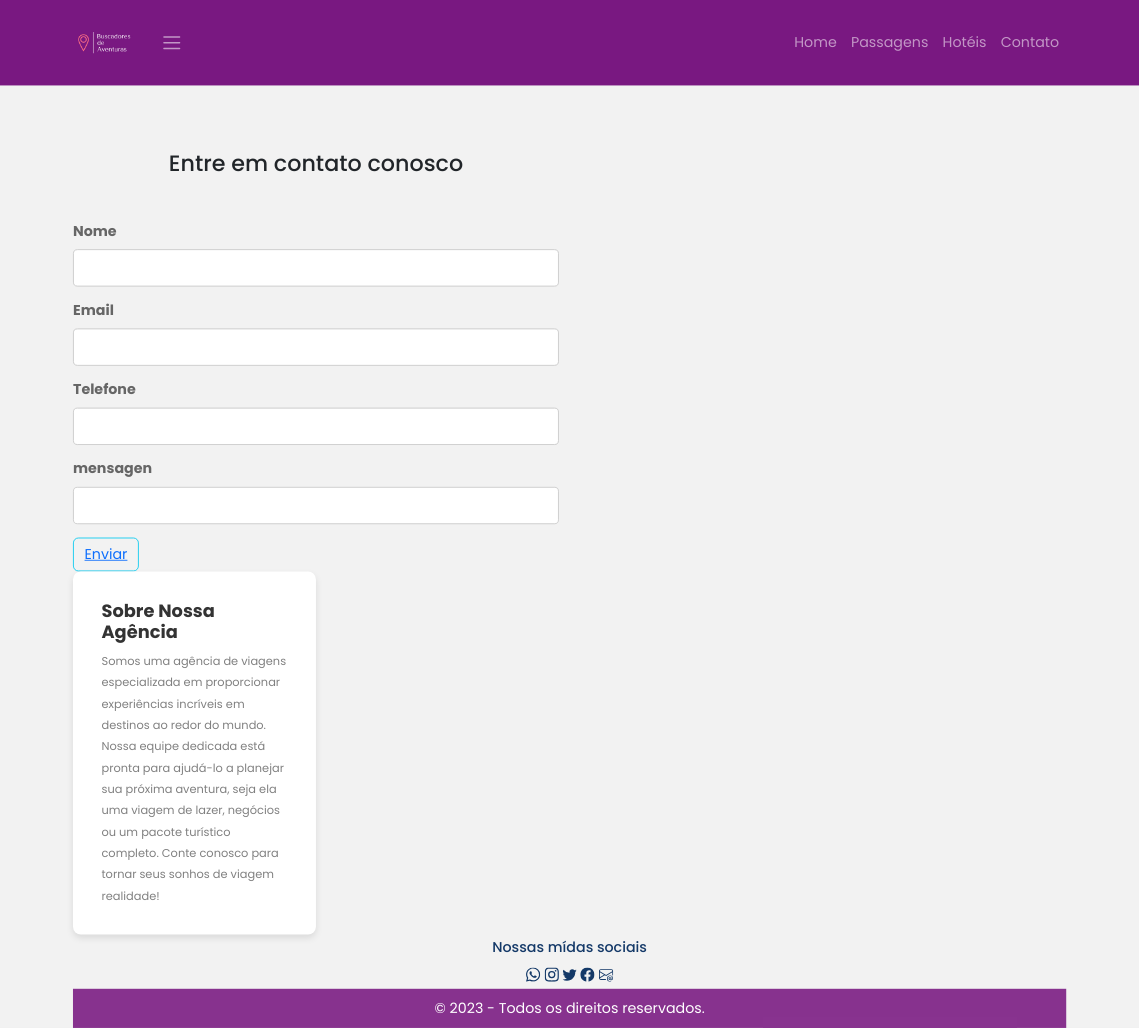
Repository: gabilorpi/AgenciaSpringMVC
Page: http://localhost/views/contato/index
An editor plug-in stored every save of this project. The page is shown before and after the next save, followed by the edit.
The browser window is 1280 px wide. The pictures show the whole page, at 89% of full size.
The page is this project's Thymeleaf template; nobody is signed in. The template is opened directly, without the code that normally fills it, so the values that code supplies are empty.

Above is the page before, as saved 2023-12-09 15:42:06.

After the next save:
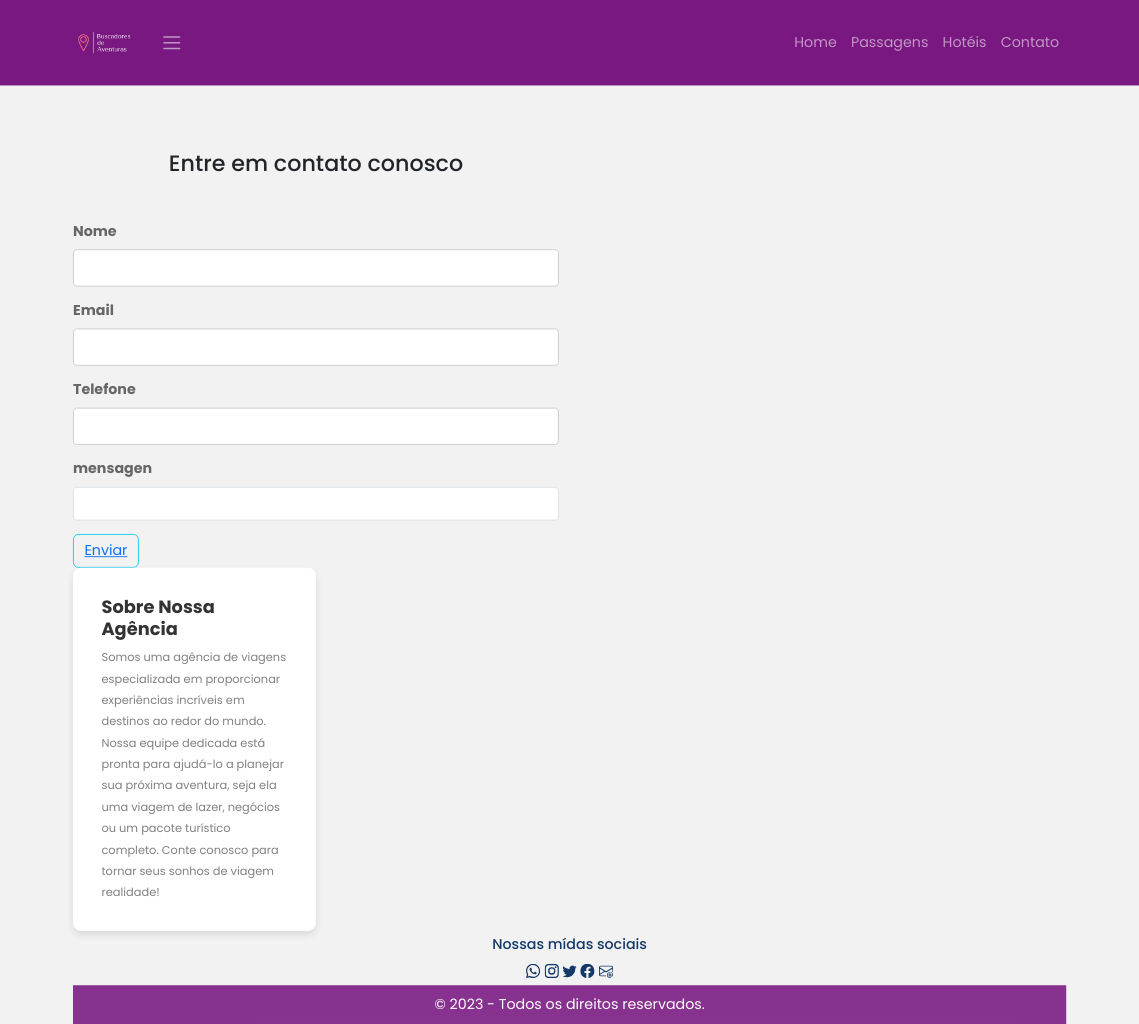
Saved 2 min 17 s later.
--- a/AgenciaSpringMVC/src/main/resources/templates/views/contato/index.html
+++ b/AgenciaSpringMVC/src/main/resources/templates/views/contato/index.html
@@ -97,7 +97,7 @@
            						<label for="mensagen" class="form-label">
 									mensagen
 								</label>
-								<input type="text" th:id="mensagen" th:name="mensagen" class="form-control"
+								<input type="textarea" th:id="mensagen" th:name="mensagen" class="form-control"
 									th:field="*{mensagen}" />
 							</div>
           <button id="signup-btn" type="button" class="btn btn-outline-info ml-2"><a

After the 2 saves that followed:
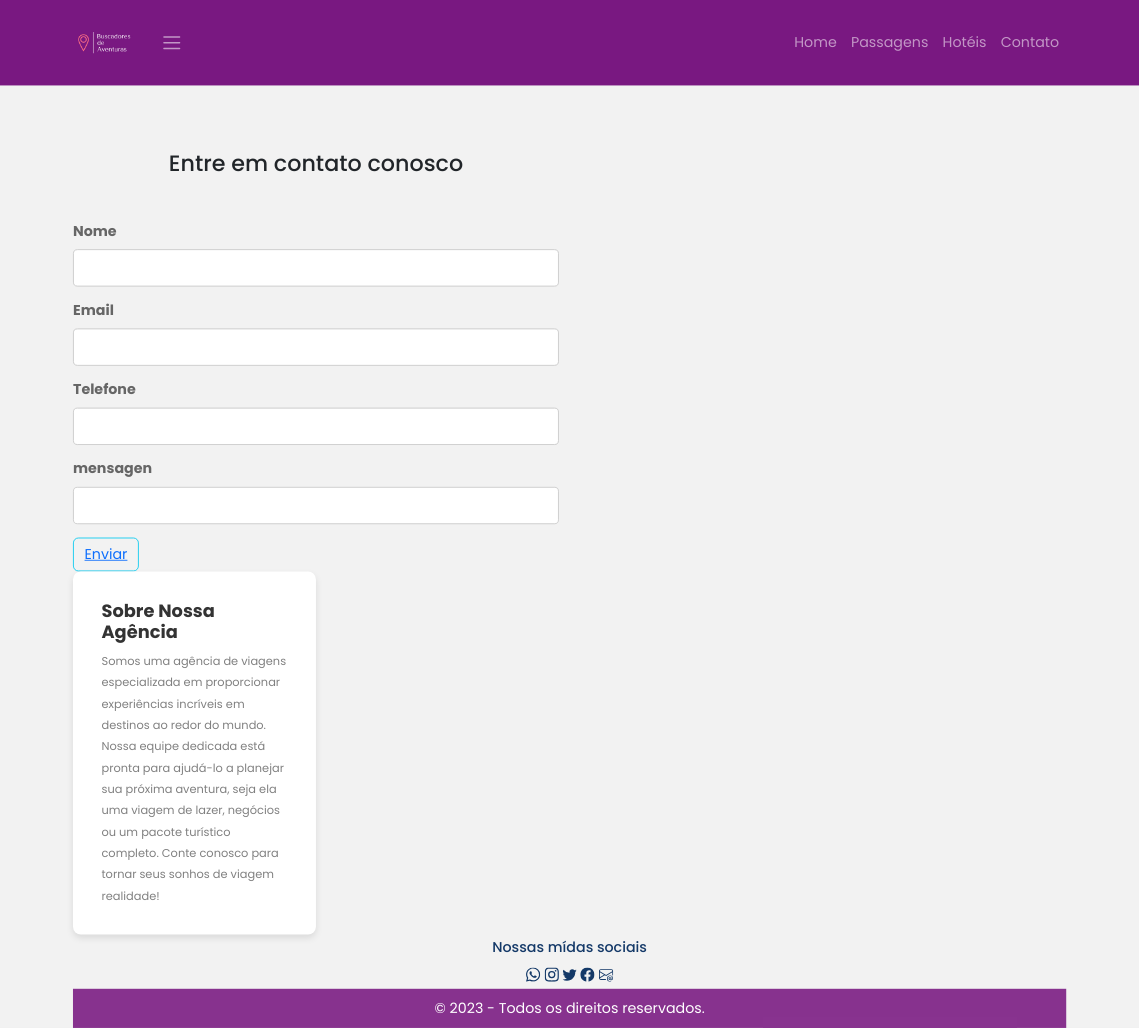
The 2 saves are shown as one change because 1 did not build or start.
The last was saved 3 min 35 s later.
--- a/AgenciaSpringMVC/src/main/resources/templates/views/contato/index.html
+++ b/AgenciaSpringMVC/src/main/resources/templates/views/contato/index.html
@@ -97,7 +97,7 @@
            						<label for="mensagen" class="form-label">
 									mensagen
 								</label>
-								<input type="textarea" th:id="mensagen" th:name="mensagen" class="form-control"
+								<input type="text" th:id="mensagen" th:name="mensagen" class="form-control"
 									th:field="*{mensagen}" />
 							</div>
           <button id="signup-btn" type="button" class="btn btn-outline-info ml-2"><a
